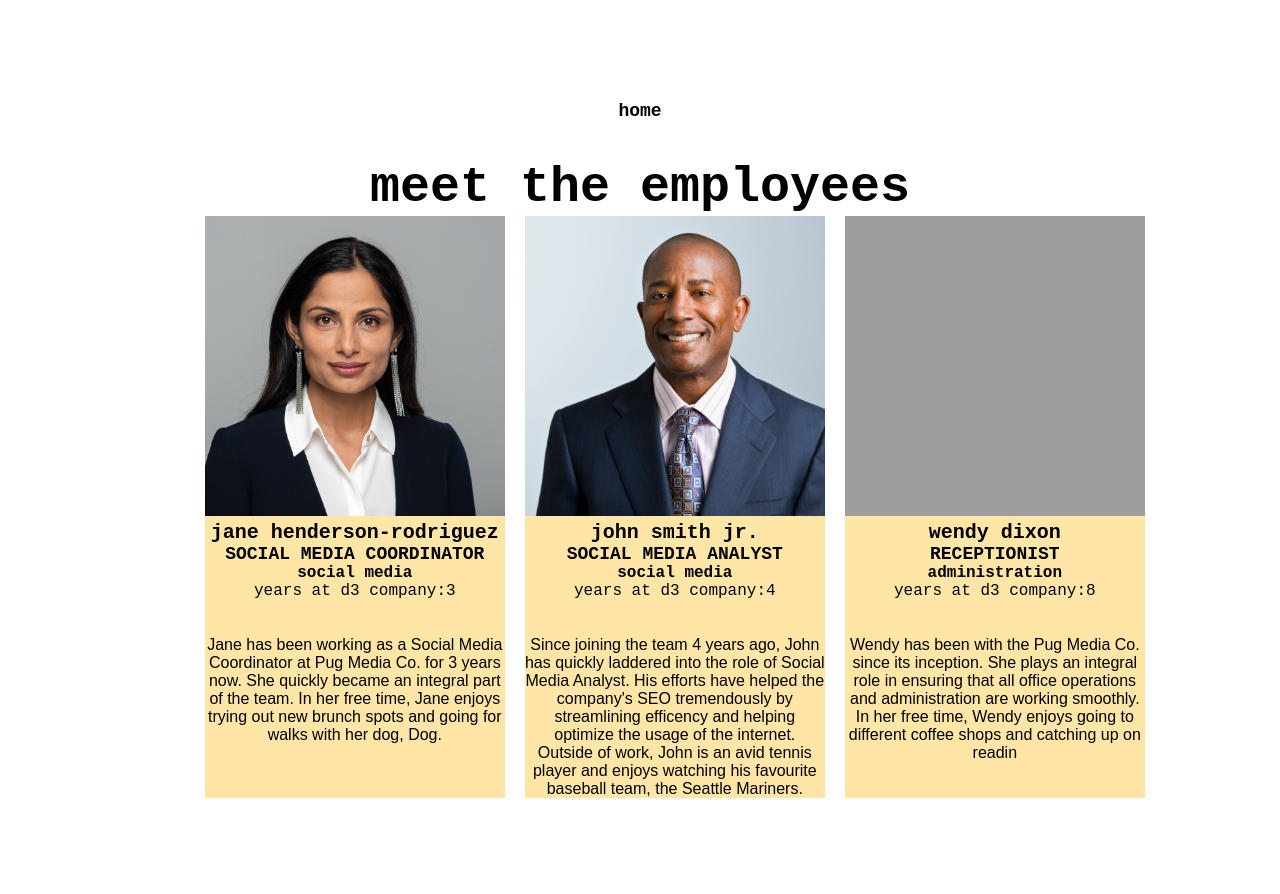
Repository: cheungglenda/MDIA2109-Week3
Page: /about
These files come from the project's save history. The page is drawn as it stood at one moment and after the next save; the edit follows.
The browser window is 1280 px wide. The pictures show the whole page.
Pictures or frames that could not be fetched are drawn as grey boxes. The project was rebuilt for these pictures with package versions that can differ from the ones it lists, and the page was loaded fresh each time. The framework's server and built-in components were replaced by stand-ins that run in the browser. Also part of the build but not shown: next.config.js.

Above is the page before, as saved 2023-01-20 12:38:57.

After the next save:
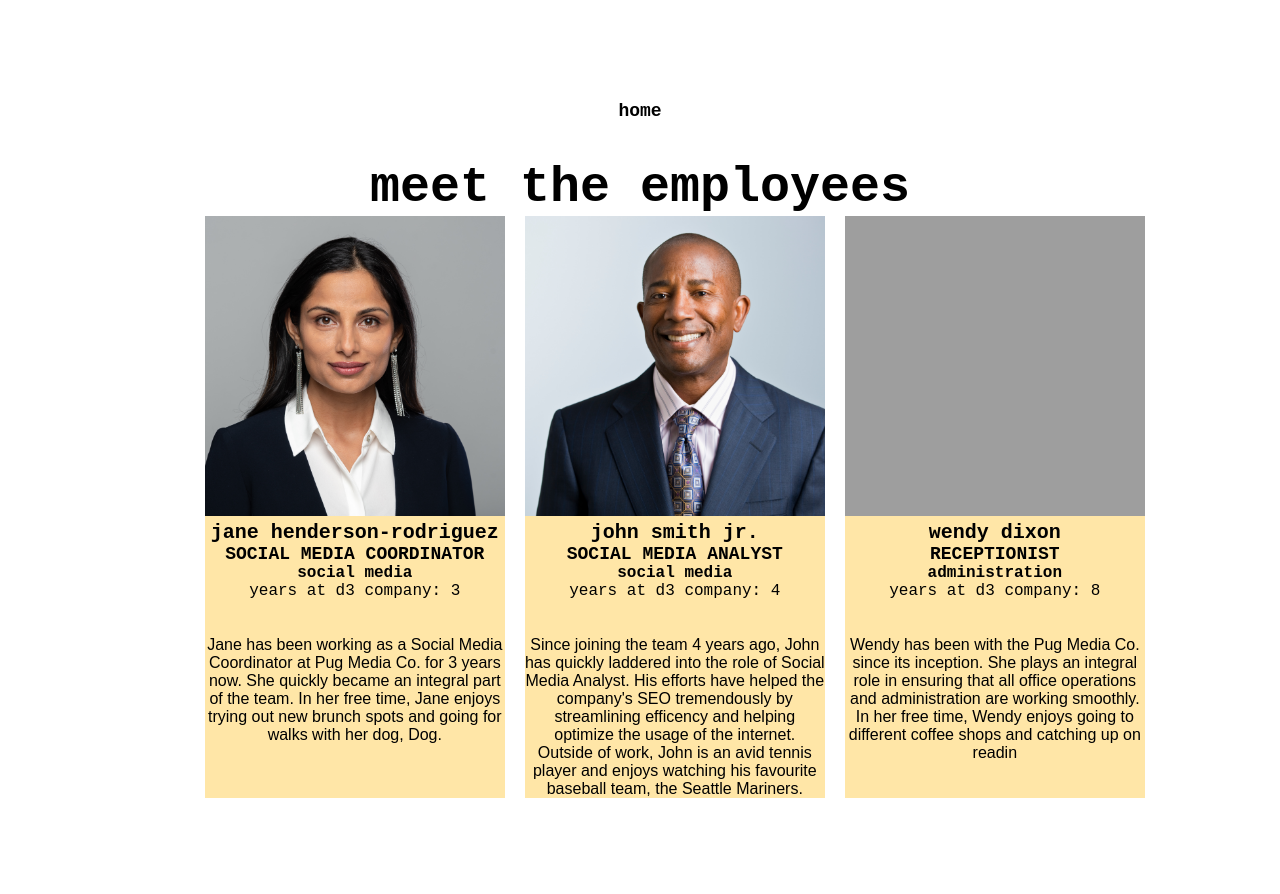
Saved 17 s later.
--- a/components/EmployeeCard/index.js
+++ b/components/EmployeeCard/index.js
@@ -22,7 +22,7 @@ export default function EmployeeCard({
             <h1 style={{textTransform: "lowercase", fontSize: 20}}></h1>
             <h2 style={{fontFamily:"'Courier New', Courier, monospace", textTransform: "uppercase", fontSize: 18}}>{jobtitle}</h2>
             <h3 style={{fontFamily:"'Courier New', Courier, monospace", textTransform: "lowercase", fontSize: 16, fontweight:500}}>{department}</h3>
-            <h4 style={{textTransform:"lowercase", fontSize:16, fontWeight:100}}>Years at D3 Company:{yearsworked}</h4><br></br><br></br>
+            <h4 style={{textTransform:"lowercase", fontSize:16, fontWeight:100}}>Years at D3 Company: {yearsworked}</h4><br></br><br></br>
             <p style={{fontFamily: "Arial, Helvetica, sans-serif"}}>{description}</p>
         </div>
     )
